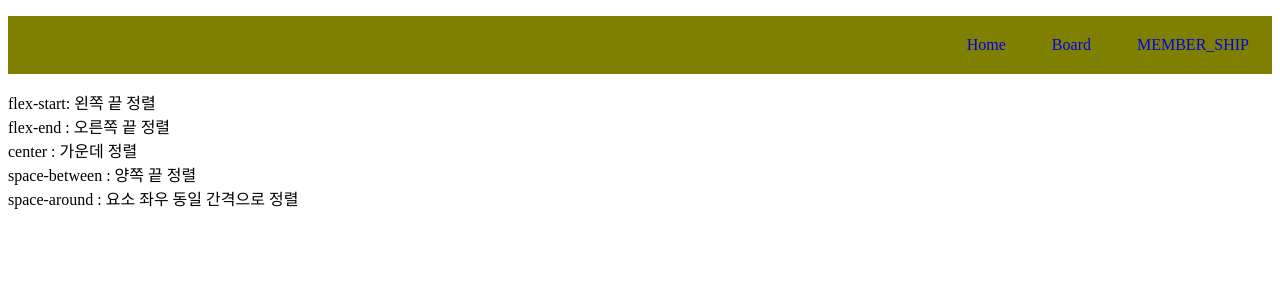
Repository: cleangggg/front
Page: css/ex09.html
These files come from the project's save history. The page is drawn as it stood at one moment and after a run of saves; the edit follows.
The browser window is 1280 px wide. The pictures show the whole page.

Above is the page before, as saved 2023-05-25 02:30:34.

After the next 2 saves:
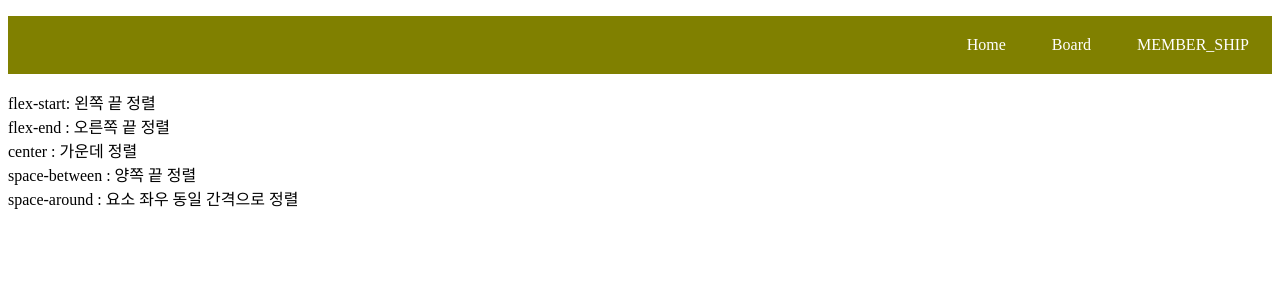
The 2 saves are shown as one change because they came seconds apart.
The last was saved 5 s later.
--- a/css/ex09.html
+++ b/css/ex09.html
@@ -15,7 +15,7 @@
 	justify-content: flex-end;
 }
 .nav>ul li{margin: 10px 13px; padding: 10px 10px;}
-.nav>ul li a{text-decoration: none;}
+.nav>ul li a{text-decoration: none; color: white;}
 </style>
 
 </head>
